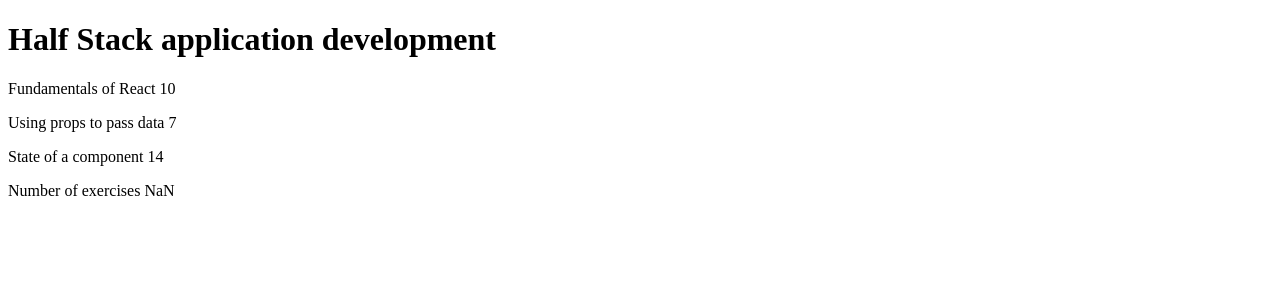
Repository: LordThiouk/part1
Page: /
The author's editor kept a copy of each file at every save. The page is drawn from the files as they stood at one save, then again after the next save.
The browser window is 1280 px wide. The pictures show the whole page.
The project was rebuilt for these pictures with package versions that can differ from the ones it lists, and the page was loaded fresh each time. Also part of the build but not shown: vite.config.js.

Above is the page before, as saved 2023-09-15 03:12:19.

After the next save:
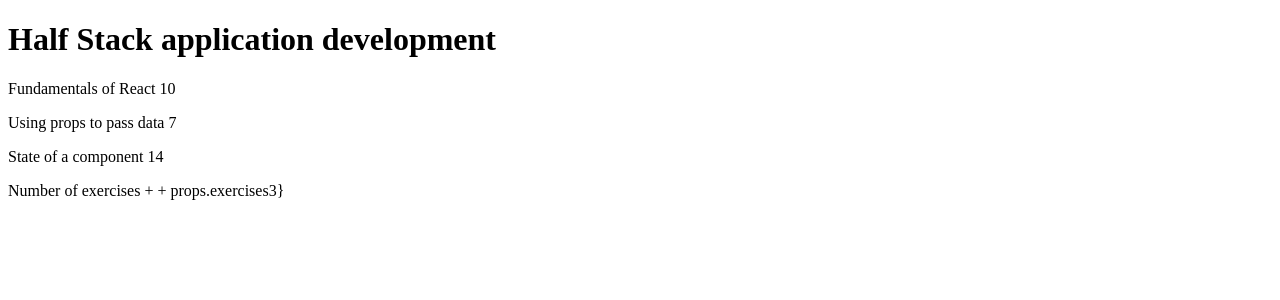
Saved 112 s later.
--- a/src/App.jsx
+++ b/src/App.jsx
@@ -31,7 +31,7 @@
   console.log(props)
   return (
     <div>
-      <p>Number of exercises {props.exercises1 + props.exercises2 + props.exercises3}</p>
+      <p>Number of exercises {props.exercises1} + {props.exercises2} + props.exercises3}</p>
     </div>
   )
 }
